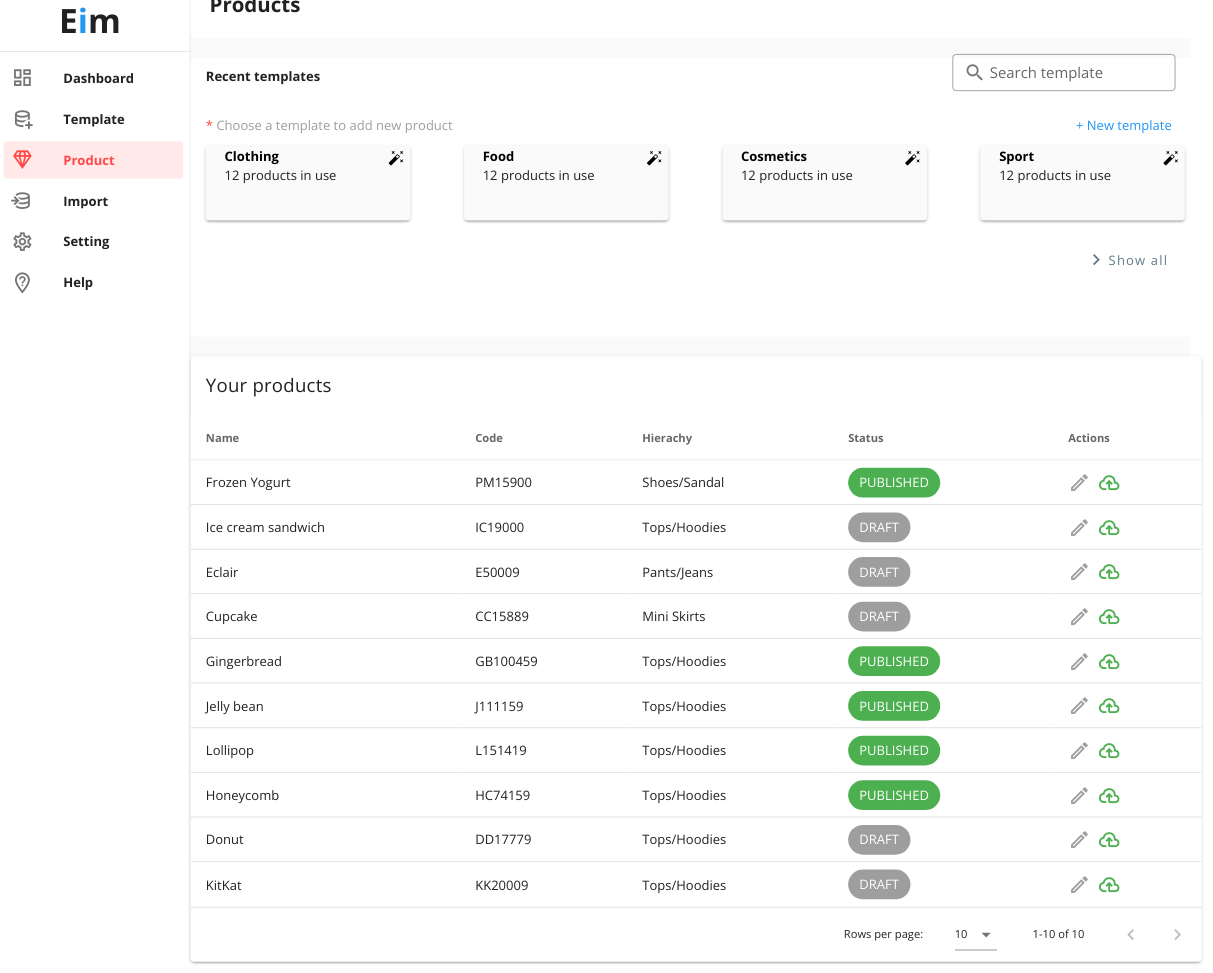
Repository: nguyenphuong152/pim-template
Page: /product
These files come from the project's save history. The page is drawn as it stood at one moment and after the next save; the edit follows.
The browser window is 1280 px wide. The page is 1304 px wide, so the pictures cover 1304 px, including what lies to the right of the window. The pictures show the whole page, at 93% of full size.
The project was rebuilt for these pictures with package versions that can differ from the ones it lists, and the page was loaded fresh each time. Also part of the build but not shown: vue.config.js, src/views/Home.vue, src/components/Outcome_1/SearchTemplate.vue, src/components/Outcome_1/YourTemplate.vue, src/components/Outcome_1/ListComponent.vue, src/components/Outcome_1/AddInfo.vue, src/components/Outcome_1/AddDetail.vue, src/components/Outcome_1/ListComponentProgressive.vue and 18 more.

Above is the page before, as saved 2021-01-19 00:02:45.

After the next save:
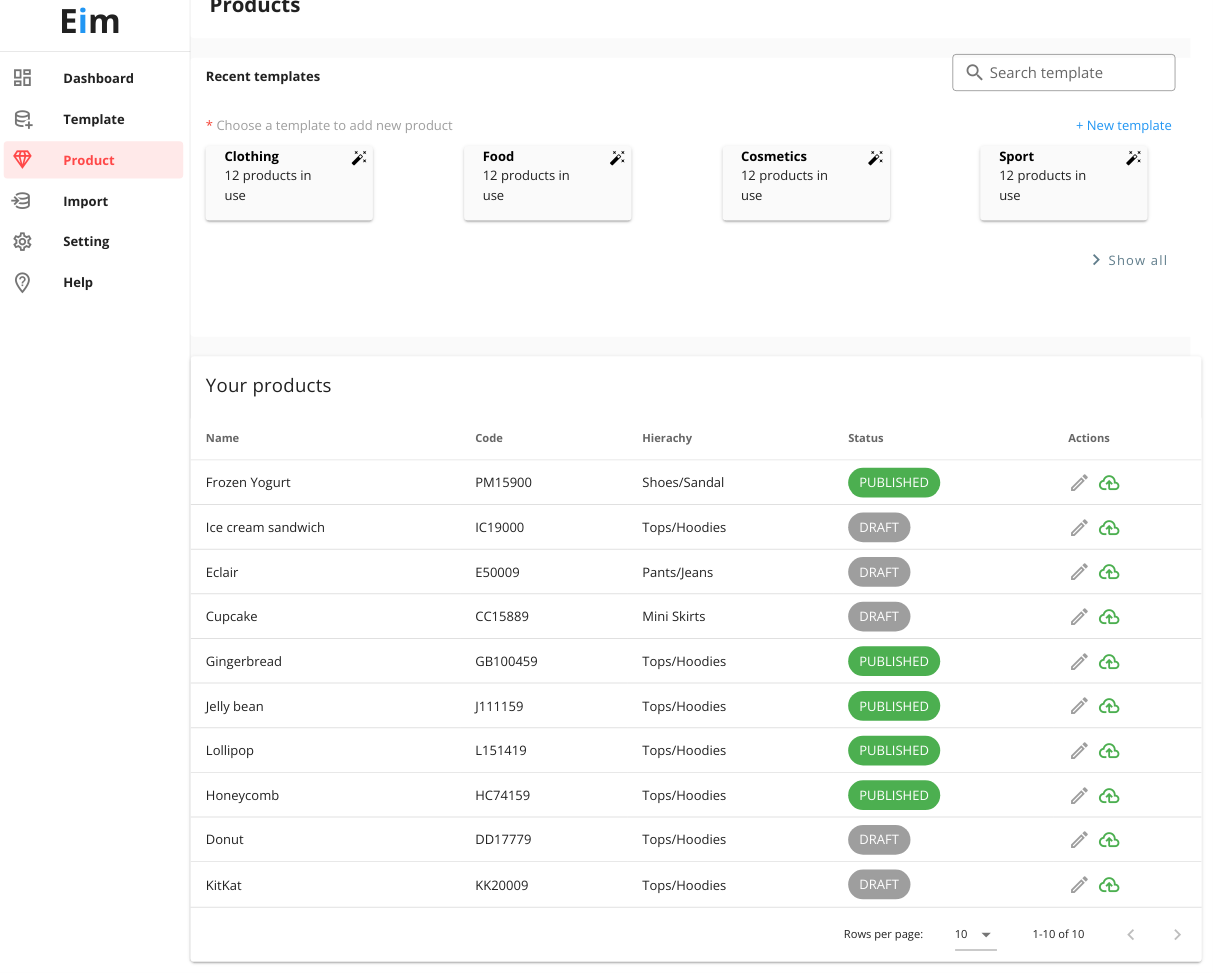
Saved 39 s later.
--- a/src/components/Outcome_2/RecentTemplate.vue
+++ b/src/components/Outcome_2/RecentTemplate.vue
@@ -233,7 +233,7 @@ export default {
         return 150;
       } else if (this.$vuetify.breakpoint.name === "md") {
         return 200;
-      } else return 220;
+      } else return 180;
     },
   },
 };
